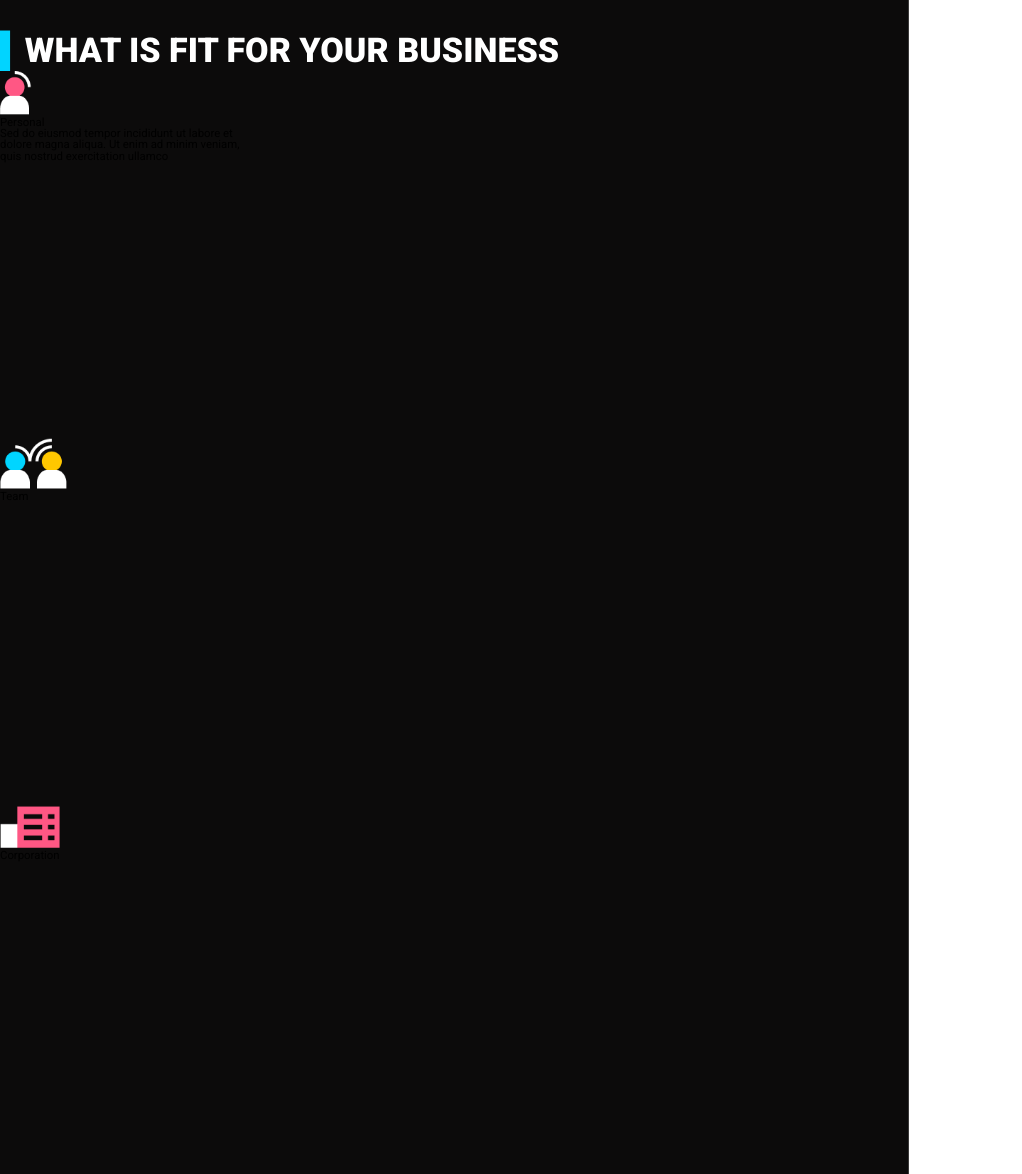
Repository: VetaWhale/team-site-test
Page: index.html
The author's editor kept a copy of each file at every save. The page is drawn from the files as they stood at one save, then again after the next save.
The browser window is 1280 px wide. The page is 1440 px wide, so the pictures cover 1440 px, including what lies to the right of the window. The pictures show the whole page, at 71% of full size.
Some web fonts or font styles are not loaded; a fallback is used.

Above is the page before, as saved 2023-04-24 13:10:17.

After the next save:
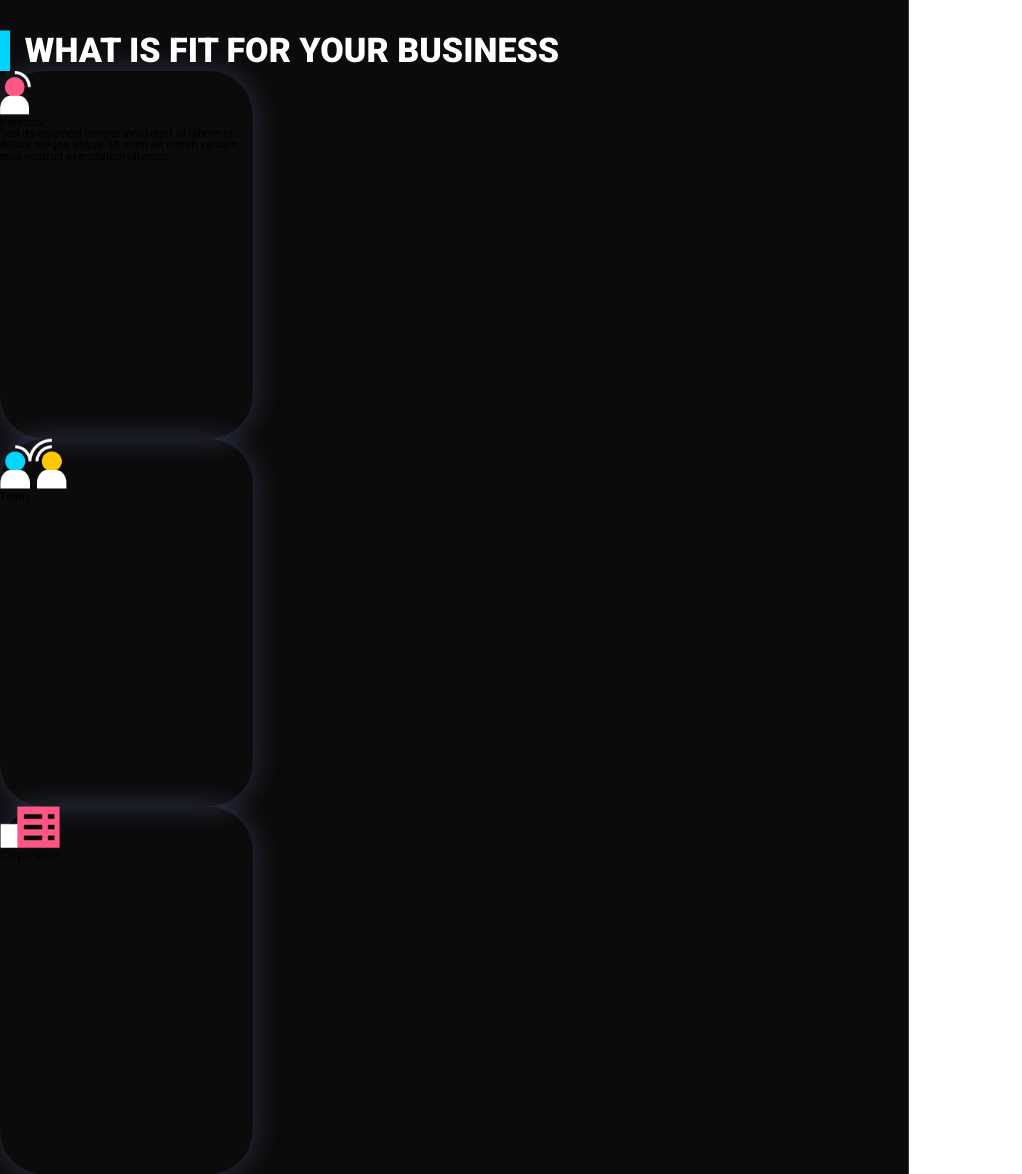
Saved 20 s later.
--- a/css/business.css
+++ b/css/business.css
@@ -22,4 +22,6 @@
 .business__item {
     width: 356px;
     height: 518px;
+    box-shadow: 0px 0px 40px rgba(146, 163, 255, 0.25);
+    border-radius: 63px;
 }

After the save that followed:
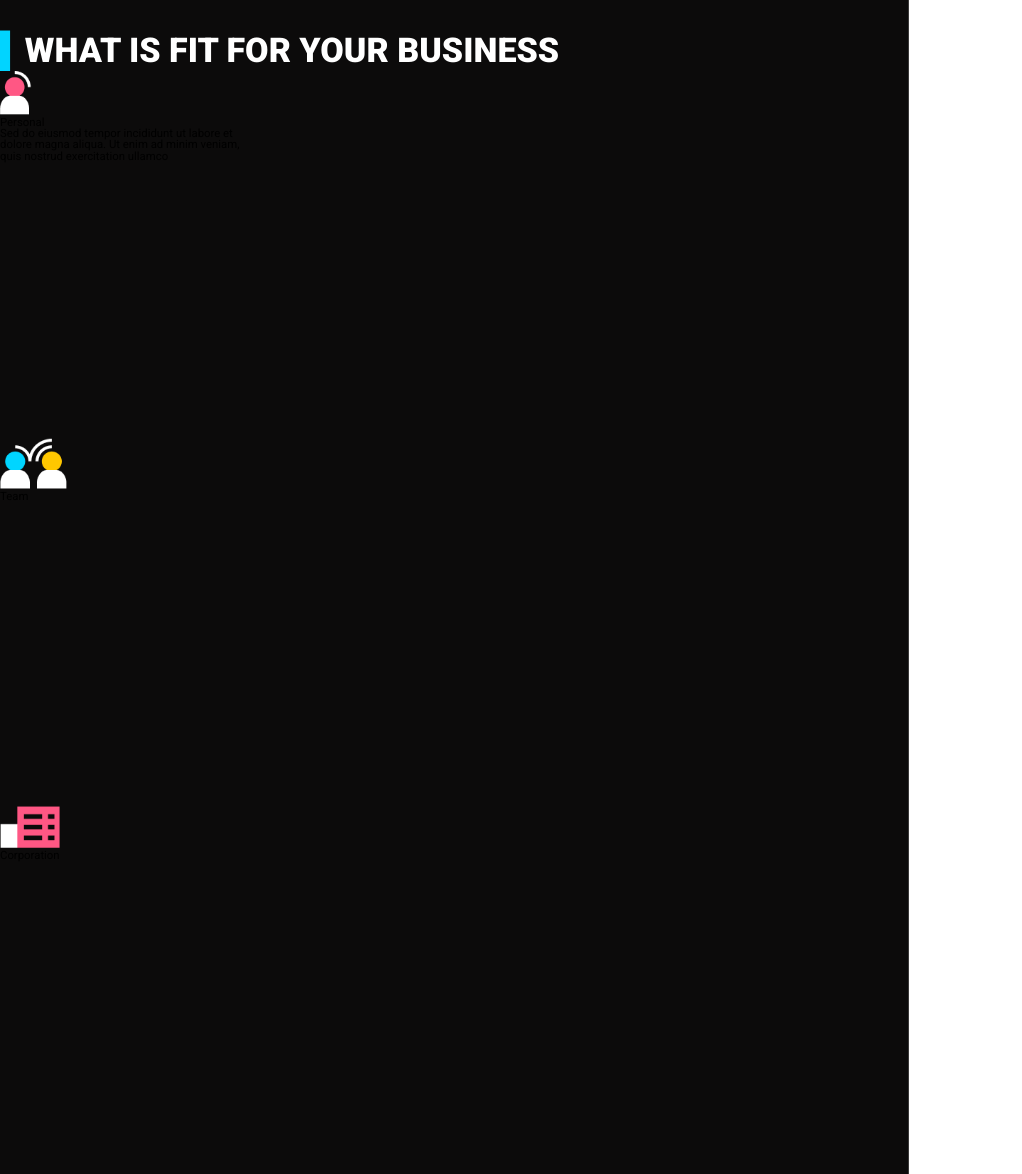
Saved 16 s later.
--- a/css/business.css
+++ b/css/business.css
@@ -22,6 +22,6 @@
 .business__item {
     width: 356px;
     height: 518px;
-    box-shadow: 0px 0px 40px rgba(146, 163, 255, 0.25);
+    border: 0px 0px 40px rgba(146, 163, 255, 0.25);
     border-radius: 63px;
 }
